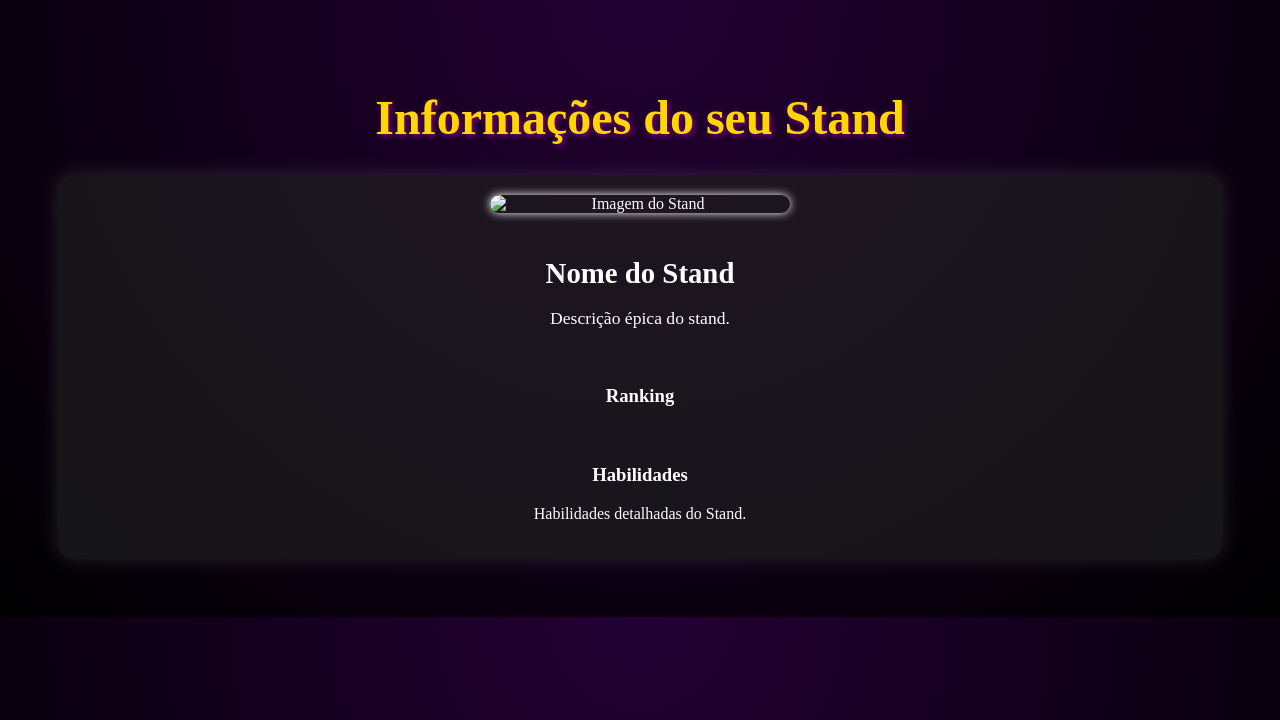
Repository: Yago-sz/Site-Jojo
Page: standinfo.html
An editor plug-in stored every save of this project. The page is shown before and after the next save, followed by the edit.
The browser window is 1280 px wide. The pictures show the whole page.
Some web fonts or font styles are not loaded; a fallback is used.

Above is the page before, as saved 2025-04-23 17:25:38.
Console error: SyntaxError: Illegal return statement

After the next save:
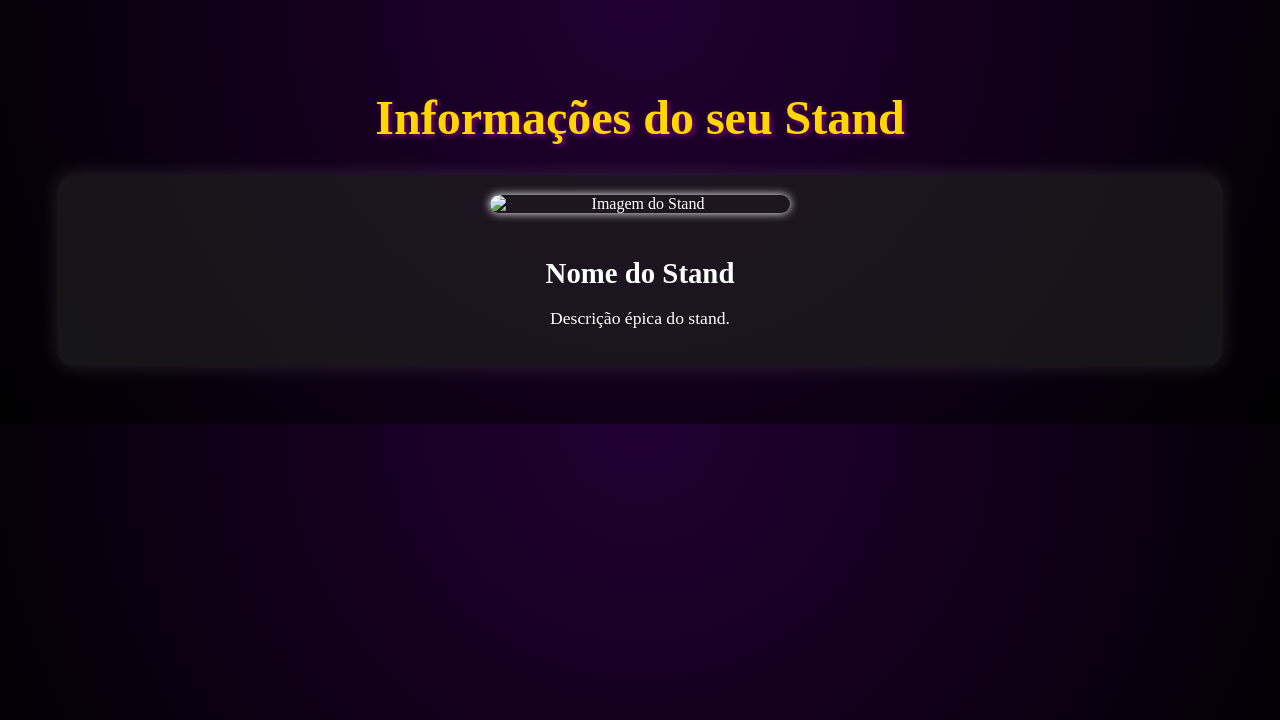
Console error: TypeError: Cannot read properties of undefined (reading 'imagem')
Saved 19 s later.
--- a/standinfo.html
+++ b/standinfo.html
@@ -17,105 +17,68 @@
                 <h2 id="stand-nome" class="stand-nome">Nome do Stand</h2>
                 <p id="stand-desc" class="stand-desc">Descrição épica do stand.</p>
             </div>
+        </div>
 
-            <!-- Seção de Ranking -->
-            <div id="stand-ranking" class="stand-ranking">
-                <h3>Ranking</h3>
-                <ul id="ranking-lista">
-                    <!-- Ranking será preenchido aqui -->
-                </ul>
-            </div>
-
-            <!-- Seção de Habilidades -->
-            <div id="stand-habilidades" class="stand-habilidades">
-                <h3>Habilidades</h3>
-                <p id="stand-habilidades-desc">Habilidades detalhadas do Stand.</p>
-            </div>
-        </div>
-    </div>
 
     <script>
         // Obtém o nome do stand da URL
         const urlParams = new URLSearchParams(window.location.search);
         const standNome = decodeURIComponent(urlParams.get('stand'));
 
-        // Banco de dados local com informações dos stands
+        // Informações do Stand
         const infosDoStand = {
             "Star Platinum": {
                 imagem: "img/star_platinum.jpg",
-                descricao: "Extremamente rápido e poderoso. Famoso pelo grito 'ORA ORA ORA!' e capaz de parar o tempo com 'The World'.",
-                ranking: [
-                    { nome: "Dano", valor: "10/10" },
-                    { nome: "Velocidade", valor: "9/10" },
-                    { nome: "Controle", valor: "8/10" }
-                ],
-                habilidades: [
-                    "Aceleração incrível",
-                    "Capacidade de parar o tempo",
-                    "Força física excepcional"
-                ],
+                descricao: "Extremamente rápido e poderoso. Famoso pelo grito 'ORA ORA ORA!' e capaz de parar o tempo com 'The World'."
             },
             "Killer Queen": {
                 imagem: "img/killer_queen.jpg",
-                descricao: "Pode transformar qualquer coisa em bomba. Possui habilidades como Sheer Heart Attack e Bites the Dust.",
-                ranking: [
-                    { nome: "Dano", valor: "9/10" },
-                    { nome: "Velocidade", valor: "7/10" },
-                    { nome: "Controle", valor: "8/10" }
-                ],
-                habilidades: [
-                    "Transformação em bomba",
-                    "Sheer Heart Attack",
-                    "Bites the Dust"
-                ],
+                descricao: "Pode transformar qualquer coisa em bomba. Possui habilidades como Sheer Heart Attack e Bites the Dust."
+            },
+            "Crazy Diamond": {
+                imagem: "img/crazy_diamond.jpg",
+                descricao: "Pode restaurar objetos e pessoas à sua forma original. Forte e preciso, mas com um coração gentil."
+            },
+            "Gold Experience Requiem": {
+                imagem: "img/ger.jpg",
+                descricao: "Possui o poder de anular causas e efeitos. Virtualmente invencível ao retornar tudo ao 'zero'."
+            },
+            "The World": {
+                imagem: "img/the_world.jpg",
+                descricao: "Stand de DIO com poder de parar o tempo. Extremamente veloz e forte."
+            },
+            "Tusk ACT4": {
+                imagem: "img/tusk_act4.jpg",
+                descricao: "A forma final do Tusk. Usa rotações infinitas para causar danos que ignoram defesas e não podem ser curados."
+            },
+            "D4C - Love Train": {
+                imagem: "img/d4c.jpg",
+                descricao: "Manipula dimensões e desvia o destino ruim para os outros. Um dos stands mais perigosos."
+            },
+            "Soft & Wet": {
+                imagem: "img/soft_wet.jpg",
+                descricao: "Pode roubar propriedades de objetos e pessoas usando bolhas. Extremamente versátil."
             },
             "Wonder of U": {
                 imagem: "imagem/wonder.png",
-                descricao: "Invoca calamidades contra quem o persegue. Atua com uma aura de inevitabilidade.",
-                ranking: [
-                    { nome: "Dano", valor: "9/10" },
-                    { nome: "Velocidade", valor: "8/10" },
-                    { nome: "Controle", valor: "7/10" }
-                ],
-                habilidades: [
-                    "Invocar calamidades",
-                    "Aura de inevitabilidade",
-                    "Manipulação da sorte"
-                ]
+                descricao: "Invoca calamidades contra quem o persegue. Atua com uma aura de inevitabilidade."
             },
+            "The World Over Heaven": {
+                imagem: "img/world_over_heaven.jpg",
+                descricao: "Versão alternativa e ainda mais poderosa do The World, capaz de reescrever a realidade com seus socos."
+            }
         };
 
-        // Busca info correspondente
+        // Exibe as informações do stand
         const info = infosDoStand[standNome];
-
-        // Verificação se o Stand existe
-        if (!standNome || !info) {
-            alert("Stand não encontrado!");
-            console.log("Stand não encontrado:", standNome);
-            return;
-        }
-
-        // Referências aos elementos HTML
+        const standInfo = document.getElementById("stand-info");
         const standImg = document.getElementById("stand-img");
         const standNomeEl = document.getElementById("stand-nome");
         const standDesc = document.getElementById("stand-desc");
-        const rankingLista = document.getElementById("ranking-lista");
-        const standHabilidadesDesc = document.getElementById("stand-habilidades-desc");
 
-        // Preenchendo as informações
         standImg.src = info.imagem;
         standNomeEl.textContent = standNome;
         standDesc.textContent = info.descricao;
-
-        // Ranking
-        info.ranking.forEach(item => {
-            const li = document.createElement("li");
-            li.textContent = `${item.nome}: ${item.valor}`;
-            rankingLista.appendChild(li);
-        });
-
-        // Habilidades
-        standHabilidadesDesc.textContent = "Habilidades: " + info.habilidades.join(", ");
     </script>
 </body>
 </html>
